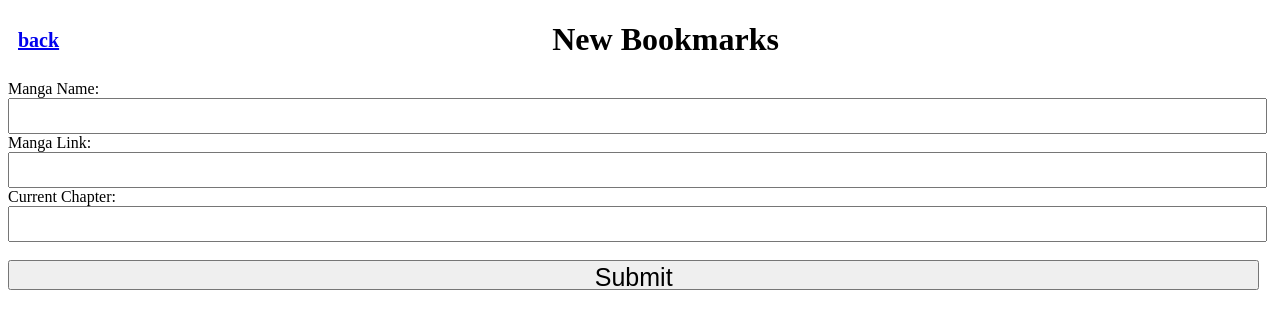
Repository: PA055/Manga-Bookmarks
Page: new.html
An editor plug-in stored every save of this project. The page is shown before and after the next save, followed by the edit.
The browser window is 1280 px wide. The pictures show the whole page.

Above is the page before, as saved 2023-03-11 12:09:06.
Console error: ReferenceError: $ is not defined

### new.html
<!DOCTYPE html>
<html lang="en">
  <head>
    <meta charset="utf-8" />
    <meta name="viewport" content="width=device-width, initial-scale=1" />
    <meta name="theme-color" content="#000000" />
    <title>New Bookmark</title>
    <link rel="stylesheet" href="./main.css">
  </head>
  <body>
    <noscript>You need to enable JavaScript to run this app.</noscript>

    <a href="index.html" class="back">back</a>
    <h1>New Bookmarks</h1>

    <form id="newBookmark" onsubmit="AddBookmark()" action="index.html">
        <label for="mname" class="label for-mname">Manga Name:</label>
        <input type="text" id="mname" name="mname" class="input">
        <br>
        <label for="link" class="label for-link">Manga Link:</label>
        <input type="url" id="link" name="link" class="input">
        <br>
        <label for="chapter" class="label for-chapter">Current Chapter:</label>
        <input type="number" id="chapter" name="chapter" class="input">
        <br>
        <br>
        <input type="submit" id="submit" class="input">
    </form>

    <script src="./bookmarks.js"></script>
  </body>
</html>

### main.css
h1 {
    width: 100%;
    text-align: center;
}

.button {
    display: block;
    padding: 5px;
    margin: auto;
    width: fit-content;
    text-decoration: none;
    border: 4px gray outset;
    color: black;
}

.button:hover {
    border-style: inset;
}

.back {
    font-size: 20px;
    font-weight: bold;
    display: inline;
    float: left;
    margin-top: 8px;
    margin-left: 10px;
}

.input {
    width: 99%;
    height: 30px;
    font-size: 25px;
    margin: auto;
}


@media only screen and (max-width: 400px) {
    .back {
        display: block;
        float: none;
        width: 100%;
        text-align: center;
        margin-bottom: -10px;
    }
}

### bookmarks.js
let bookmarks = document.getElementById('bookmarks');
const url = "./bookmarks.json"

$.getJSON(url, function(data){
    console.log(data);
});

// const fetchJson = async () => {
//     try {
//         const file = await fetch(url);
//         const response = await file.json();
//     } catch (error) {
//         console.log(error);
//     }
// };

function AddBookmark() {
    var formData = new FormData(document.querySelector('form'))

}

After the next save:
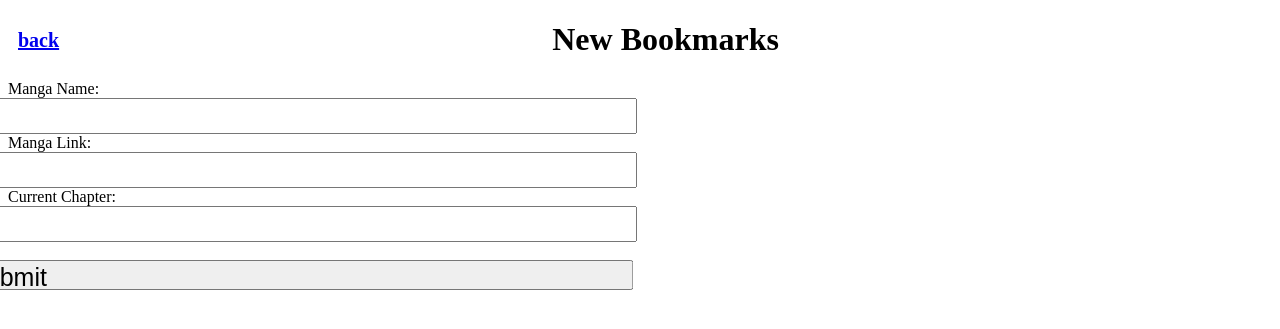
Saved 111 s later.
--- a/main.css
+++ b/main.css
@@ -31,6 +31,11 @@ h1 {
     height: 30px;
     font-size: 25px;
     margin: auto;
+    transform: translateX(-50%);
+    -webkit-transform: translateX(-50%);
+    -moz-transform: translateX(-50%);
+    -ms-transform: translateX(-50%);
+    -o-transform: translateX(-50%);
 }
 
 
